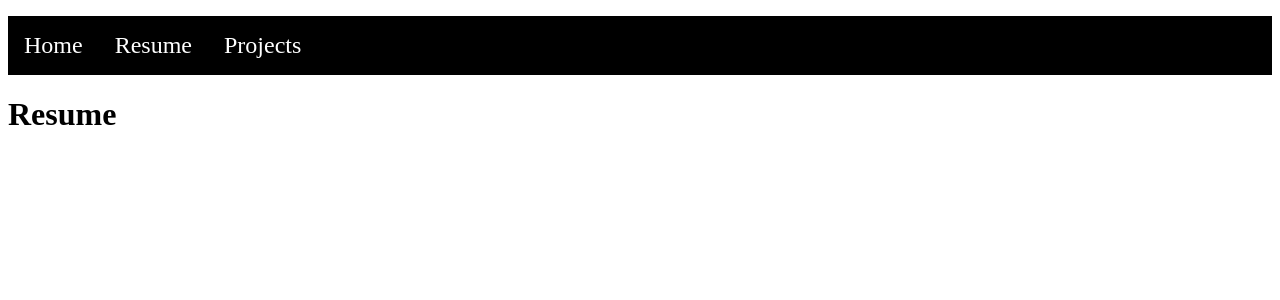
Repository: GoldenCheez/GoldenCheez.github.io
Page: resume.html
The author's editor kept a record of every edit. The page is drawn from the files as they stood at one moment, then again after the next edit.
The browser window is 1280 px wide. The pictures show the whole page.

Above is the page before.

After the next edit:
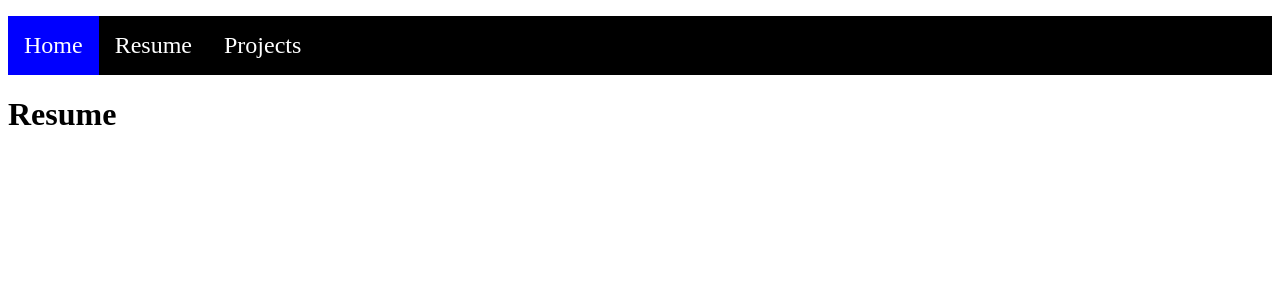
The edit:
--- a/resume.html
+++ b/resume.html
@@ -42,7 +42,10 @@
     .dropdown:hover .dropdown-content{
       display: block;
     }
+    .active{
+        background-color:blue;
 
+    }
   </style>
 
   </head>
